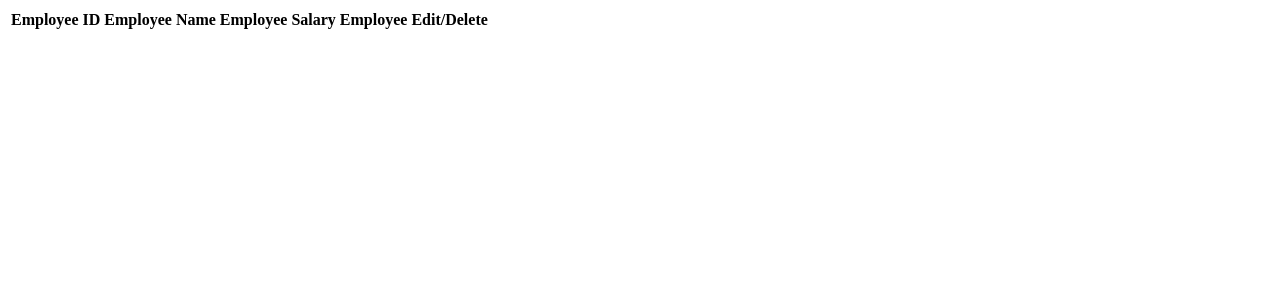
Repository: vidhatesanket/J2EE
Page: http://localhost/crudOperation/displayEmp.jsp
These files come from the project's save history. The page is drawn as it stood at one moment and after the next save; the edit follows.
The browser window is 1280 px wide. The pictures show the whole page.
The page is served by Tomcat 9.

Above is the page before, as saved 2024-01-09 04:26:44.

After the next save:
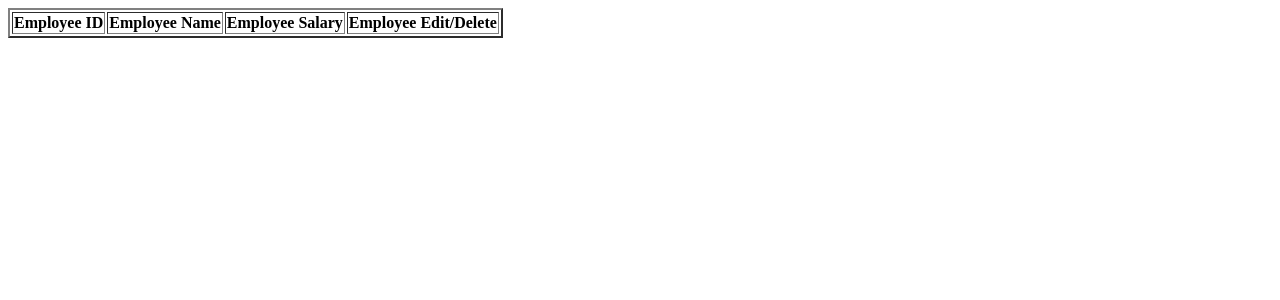
Saved 17 s later.
--- a/crudOperation/src/main/webapp/displayEmp.jsp
+++ b/crudOperation/src/main/webapp/displayEmp.jsp
@@ -7,7 +7,7 @@
 <title>Insert title here</title>
 </head>
 <body>
-<table>
+<table border='2'>
 	<tr>
 		<th>Employee ID</th>
 		<th>Employee Name</th>
